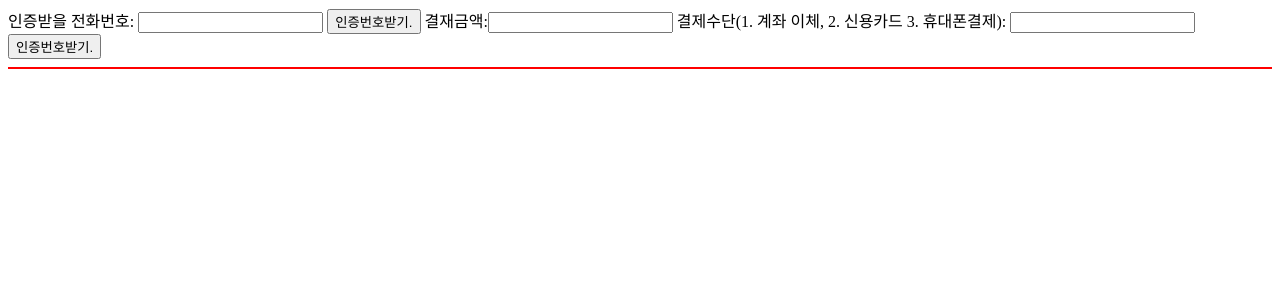
Repository: Yusubin/springEx
Page: http://localhost/spring04/ajax1.jsp
These files come from the project's save history. The page is drawn as it stood at one moment and after the next save; the edit follows.
The browser window is 1280 px wide. The pictures show the whole page.
The page is served by Tomcat 9.

Above is the page before, as saved 2022-02-17 08:36:44.

After the next save:
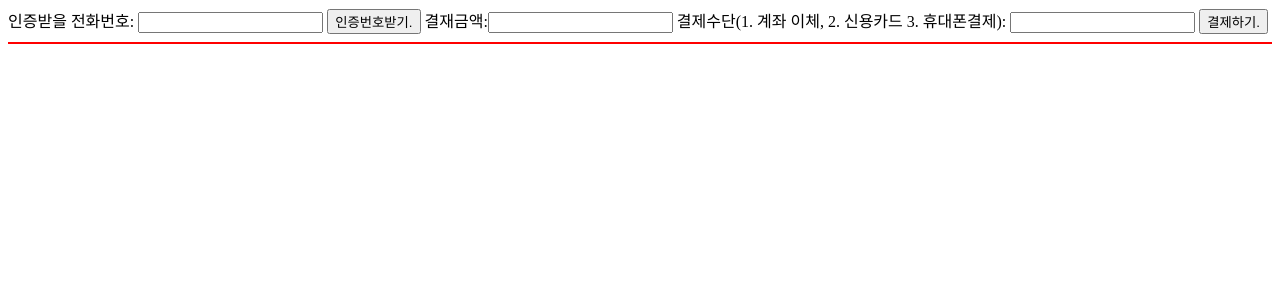
Saved 17 s later.
--- a/spring04/src/main/webapp/ajax1.jsp
+++ b/spring04/src/main/webapp/ajax1.jsp
@@ -37,7 +37,7 @@ $(function(){
 
 결재금액:<input type="text" id="money">
 결제수단(1. 계좌 이체, 2. 신용카드 3. 휴대폰결제): <input type="text" id="choice">
-<button id="b1">인증번호받기.</button>
+<button id="b2">결제하기.</button>
 
 <hr color="red">
 <div id="result"></div>
